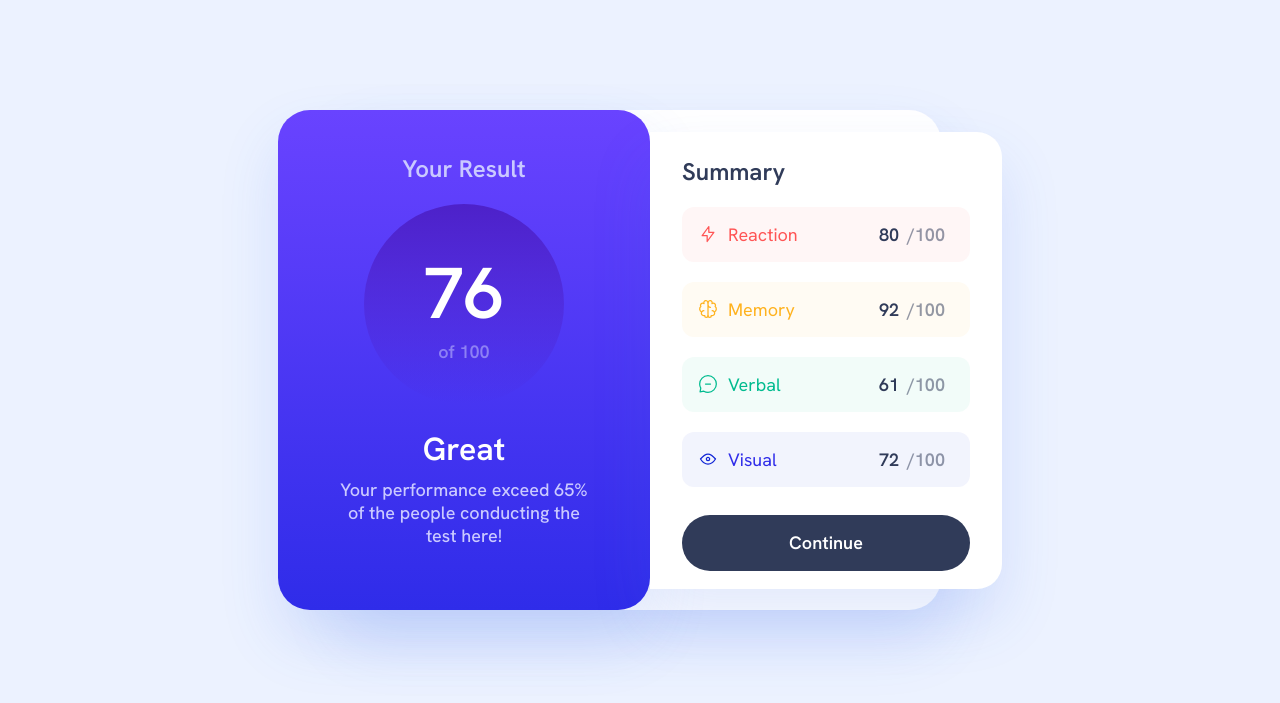
Repository: KamoliddinGIT/result-summary
Page: index.html
These files come from the project's save history. The page is drawn as it stood at one moment and after the next save; the edit follows.
The browser window is 1280 px wide. The pictures show the whole page.

Above is the page before, as saved 2023-09-08 17:21:36.

After the next save:
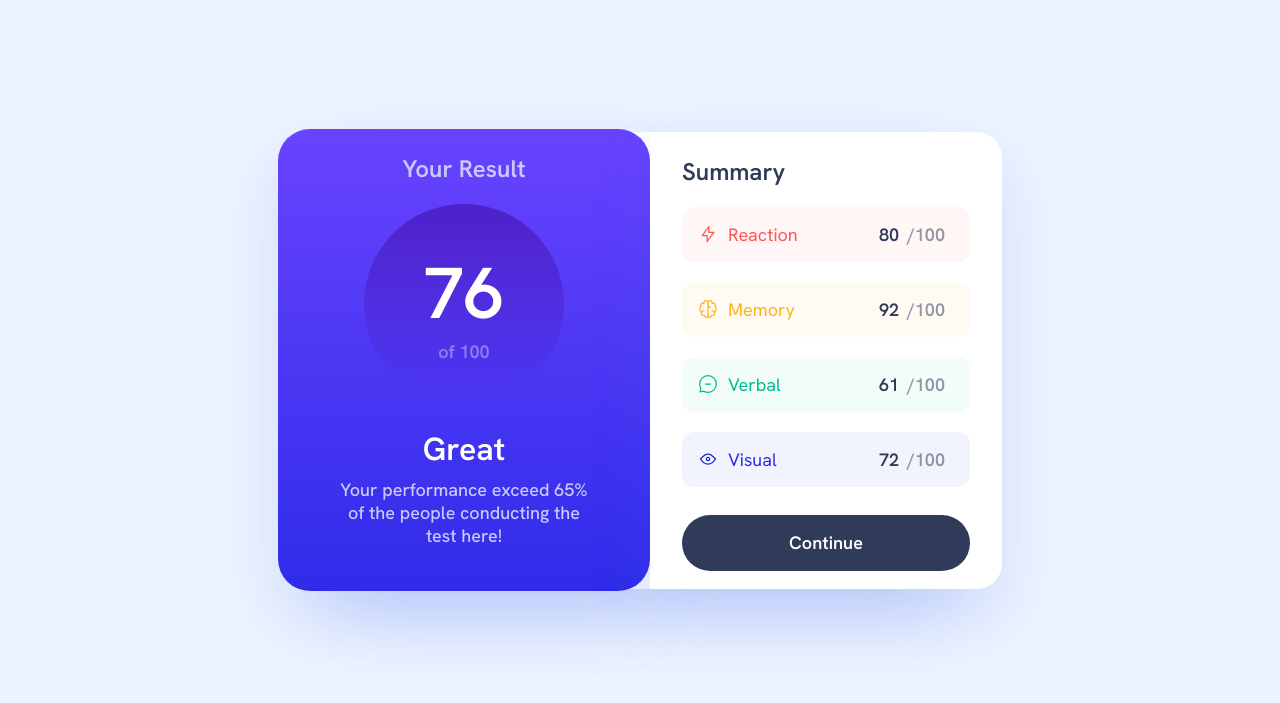
Saved 7 s later.
--- a/css/style.css
+++ b/css/style.css
@@ -338,7 +338,7 @@ li {
 @media (min-width: 740px) {
   .container {
     max-width: 1400px;
-    height: 500px;
+    height: 457px;
   }
   .result-box {
     width: 100%;
